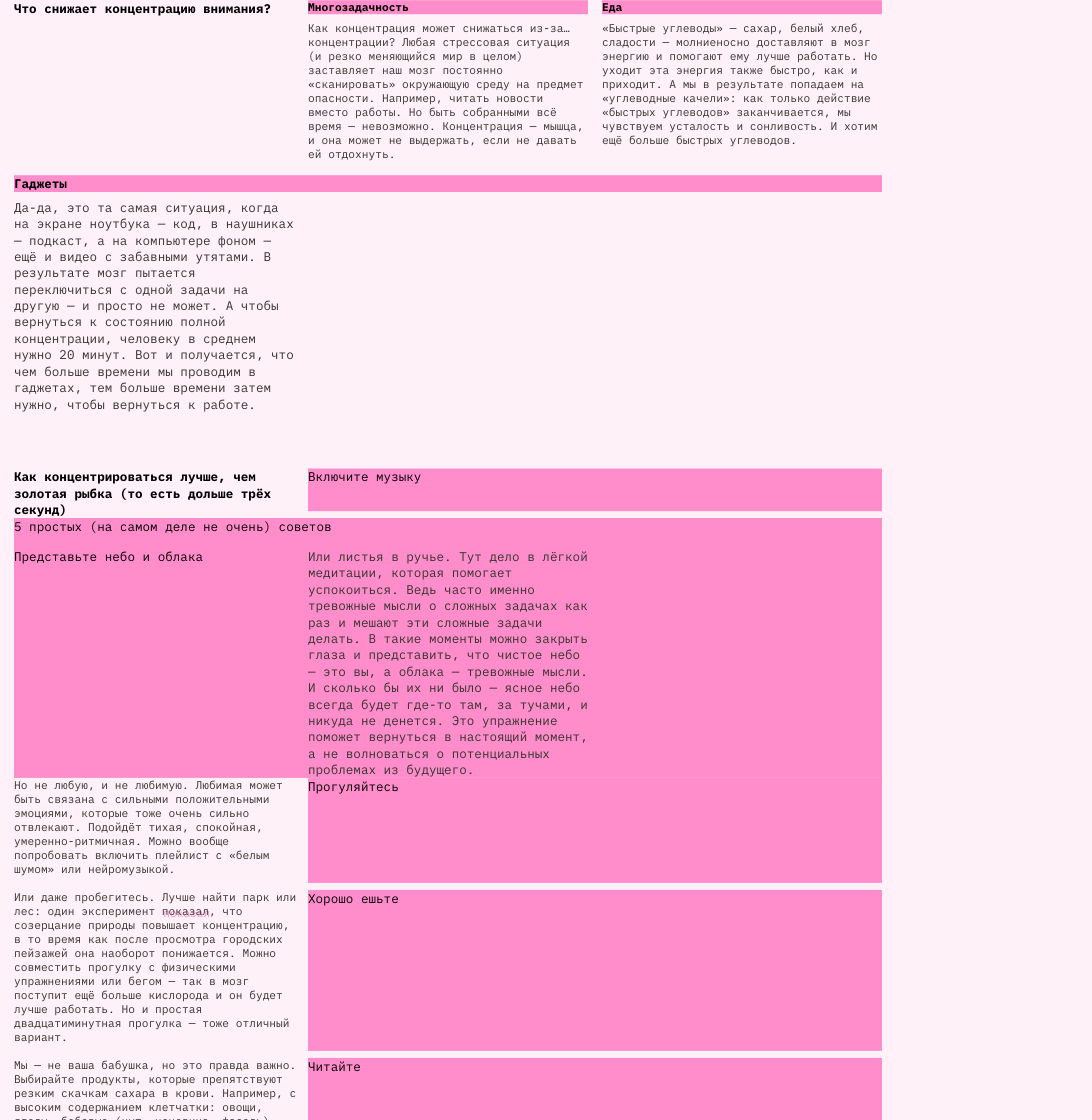
Repository: NikWolf75/slozhno-sosredotochitsya-fd
Page: index.html
These files come from the project's save history. The page is drawn as it stood at one moment and after a run of saves; the edit follows.
The browser window is 1280 px wide. The page is 1560 px wide, so the pictures cover 1560 px, including what lies to the right of the window. The pictures show the part of the page from y = 1356 to 2956 px (the page is 7758 px tall before and 7178 px after), at 70% of full size.

Above is the page before, as saved 2025-02-27 21:42:06.

After the next 2 saves:
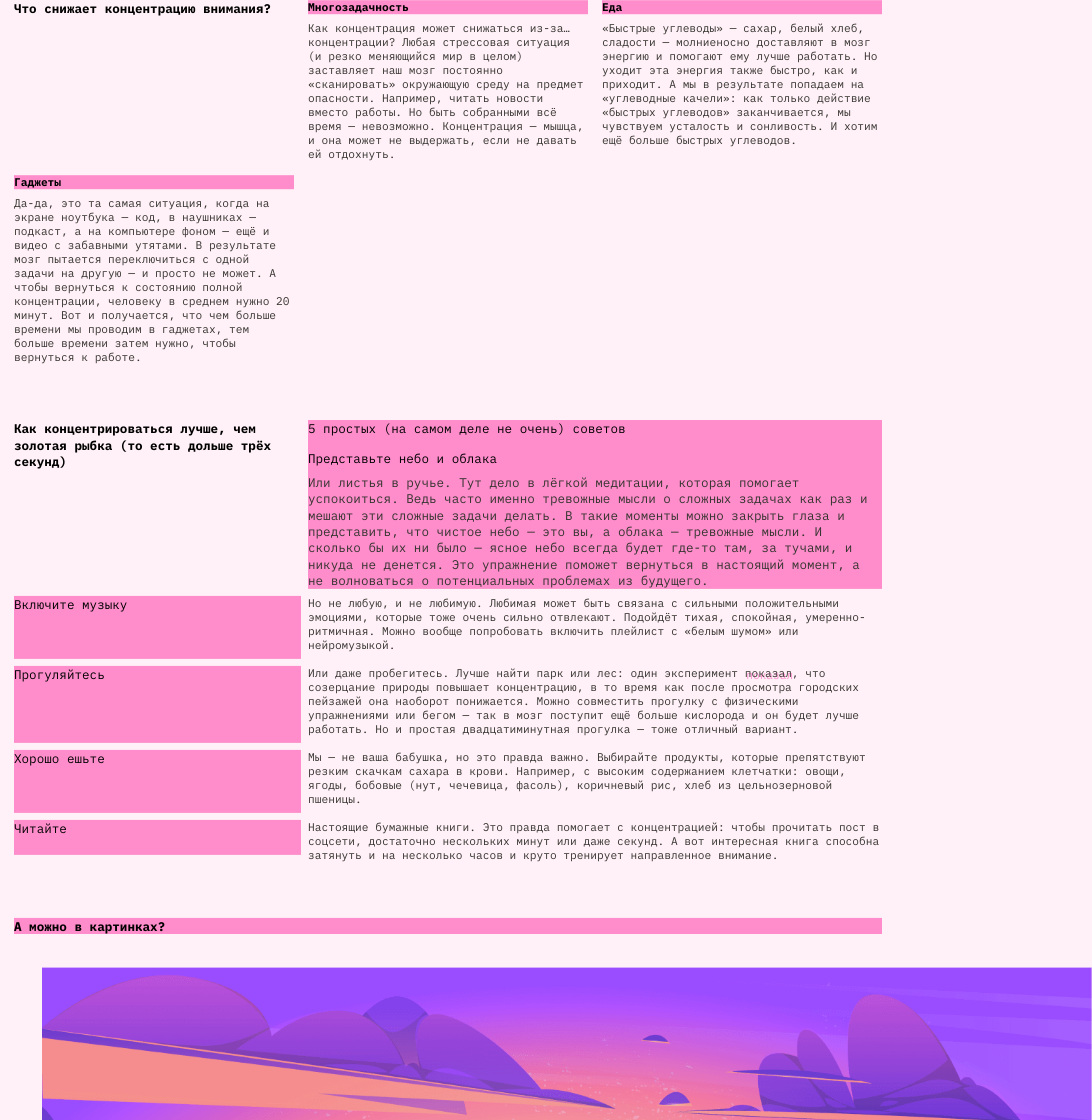
The 2 saves are shown as one change because they came seconds apart.
The last was saved 7 s later.
--- a/index.html
+++ b/index.html
@@ -109,7 +109,7 @@
             больше быстрых углеводов.
           </p>
         </article>
-        <article class="content__answers">
+        <article class="answers">
           <h3 class="content__answer-short">Гаджеты</h3>
           <p class="answer_large">
             Да-да, это та самая ситуация, когда на экране ноутбука — код, в
@@ -127,7 +127,7 @@
           Как концентрироваться лучше, чем золотая рыбка (то есть дольше трёх
           секунд)
         </h2>
-        <article class="content__answers advice">
+        <article class="answers advice">
           <h3 class="content__answer-short sub_content__answer-short">
             5 простых (на самом деле не очень) советов
           </h3>
